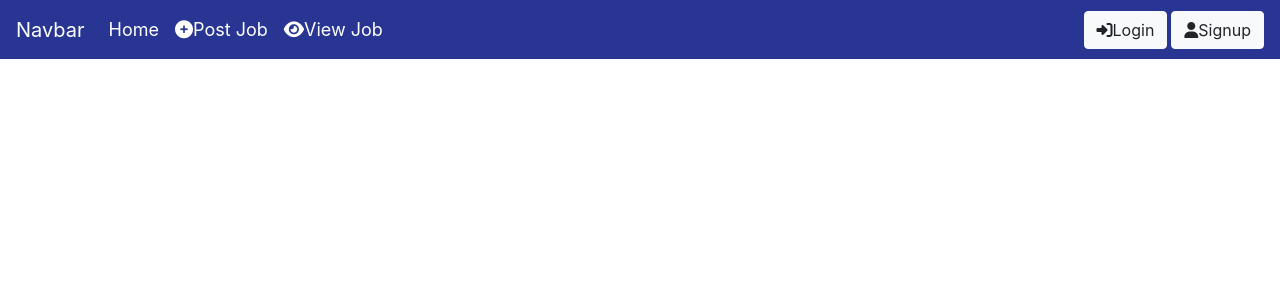
Repository: Pankaj08072001/Adv_Java
Page: http://localhost/06_Job_portal_Project/admin.jsp
The author's editor kept a copy of each file at every save. The page is drawn from the files as they stood at one save, then again after the next save.
The browser window is 1280 px wide. The pictures show the whole page.
Some web libraries are served in a nearby version. The page is served by Tomcat 9.

Above is the page before, as saved 2025-03-13 20:13:01.

After the next save:
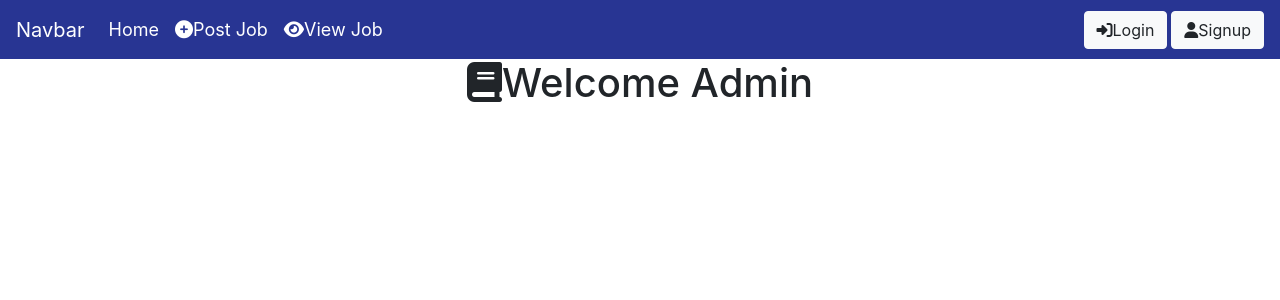
Saved 64 s later.
--- a/06_Job_portal_Project/src/main/webapp/admin.jsp
+++ b/06_Job_portal_Project/src/main/webapp/admin.jsp
@@ -9,5 +9,14 @@
 </head>
 <body>
 <%@include file="All_component/Navbar.jsp" %>
+<div class="container-fluid back-img">
+		<div class="text-center">
+			<h1>
+				<i class="fa fa-book" aria-hidden="true"></i>Welcome Admin
+			</h1>
+
+		</div>
+	</div>
+
 </body>
 </html>

After the save that followed:
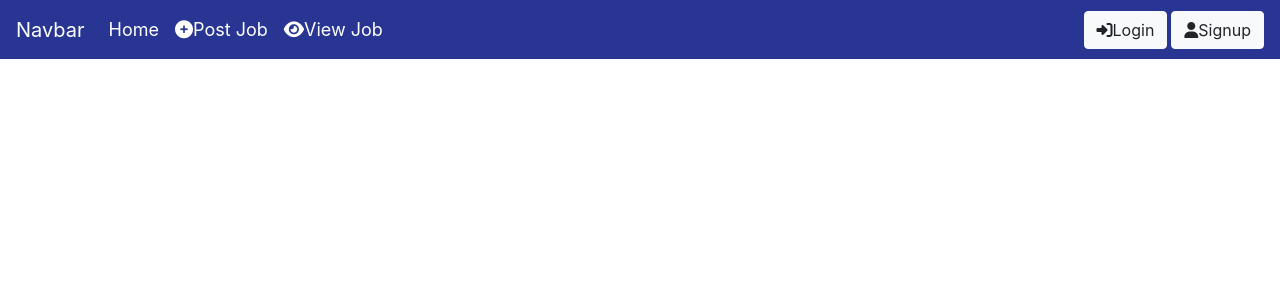
Saved 57 s later.
--- a/06_Job_portal_Project/src/main/webapp/admin.jsp
+++ b/06_Job_portal_Project/src/main/webapp/admin.jsp
@@ -11,7 +11,7 @@
 <%@include file="All_component/Navbar.jsp" %>
 <div class="container-fluid back-img">
 		<div class="text-center">
-			<h1>
+			<h1 class="text-white p-4">
 				<i class="fa fa-book" aria-hidden="true"></i>Welcome Admin
 			</h1>
 
